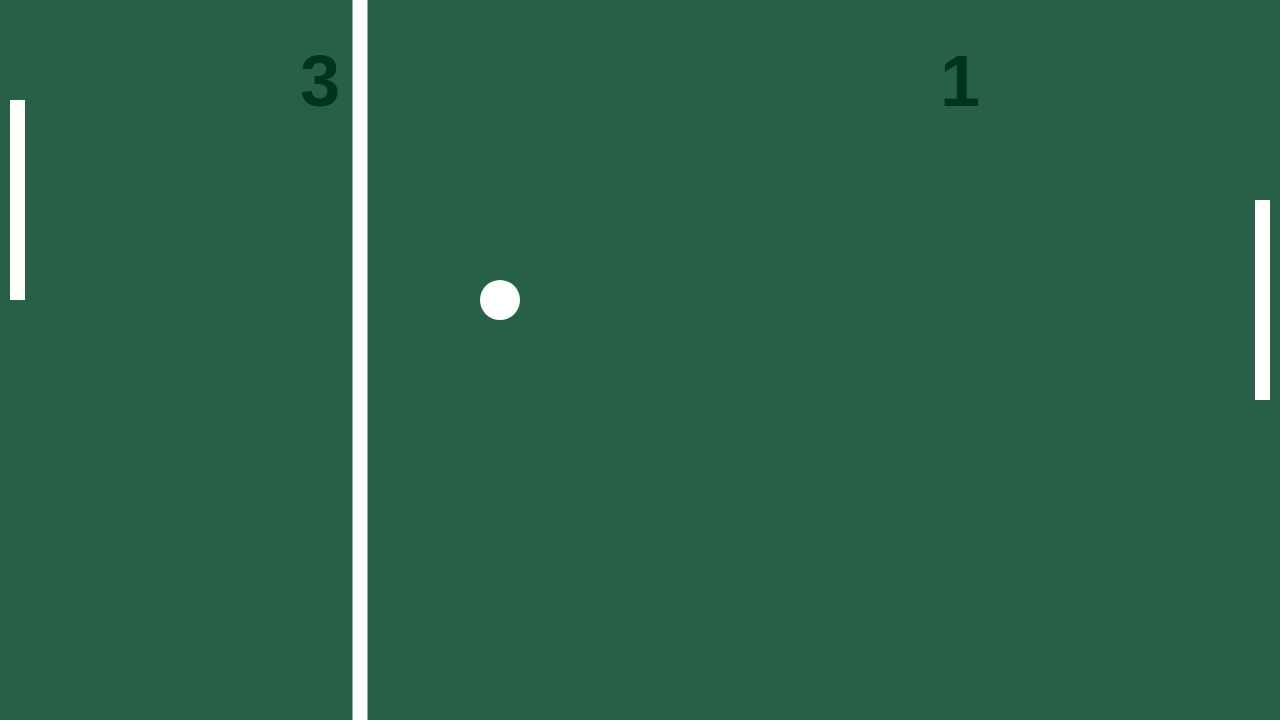
Repository: carlosrobertofigueiredo/Projeto-Ping-Pong
Page: index.html
These files come from the project's save history. The page is drawn as it stood at one moment and after the next save; the edit follows.
The browser window is 1280 px wide. The pictures show the whole page.

Above is the page before, as saved 2023-05-01 12:55:51.

After the next save:
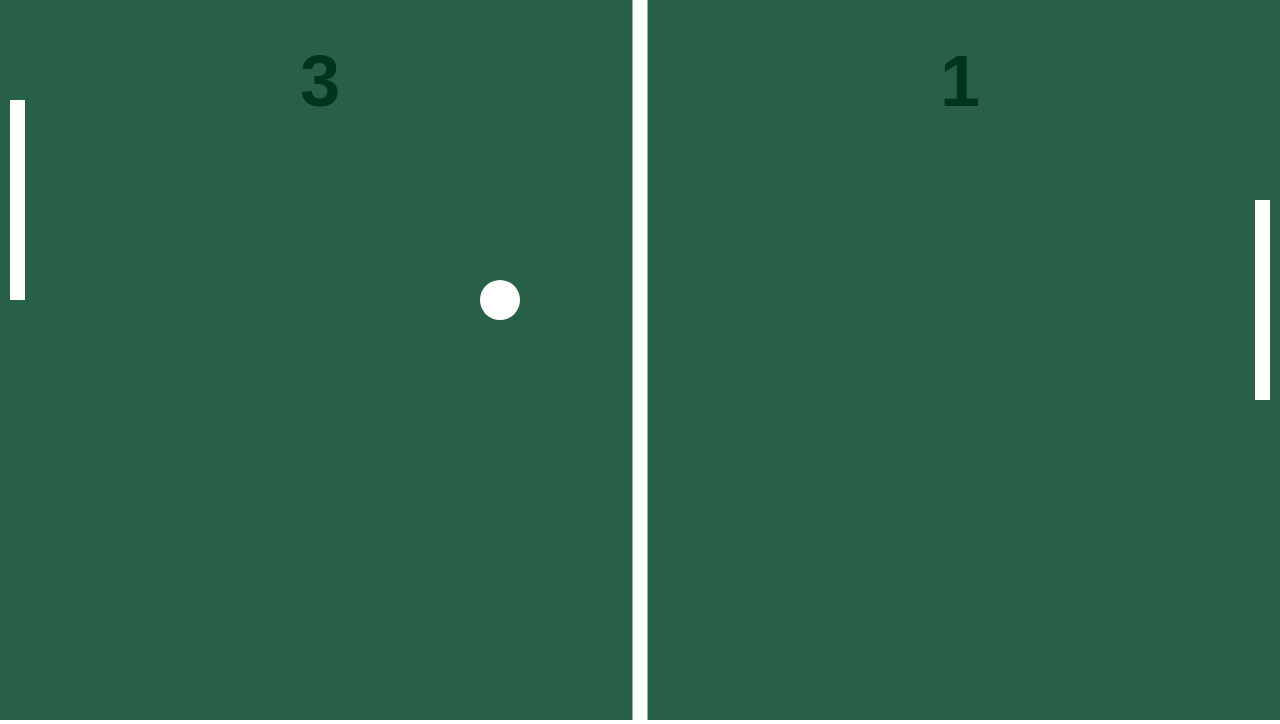
Saved 33 s later.
--- a/index.html
+++ b/index.html
@@ -44,19 +44,19 @@
         canvasCtx.fillStyle = "#ffffff"
 
         // desenha linha central
-        /*canvasCtx.fillRect(
+        canvasCtx.fillRect(
           window.innerWidth / 2 - lineWidth / 2,
           0,
           lineWidth,
           window.innerHeight
-        ) */
+        )
 
-        const x = window.innerHeight / 2 - lineWidth / 2 //largura do campo dividido por dois e a largura divida por dois, caso queira mudar a espessura da linha no futuro fica mais fácil para centralizar a linha
+       /* const x = window.innerHeight / 2 - lineWidth / 2 //largura do campo dividido por dois e a largura divida por dois, caso queira mudar a espessura da linha no futuro fica mais fácil para centralizar a linha
         const y = 0 // onde começa a linha
         const w = lineWidth  //largura é a própria linha
         const h = window.innerHeight
 
-        canvasCtx.fillRect(x,y,w,h)
+        canvasCtx.fillRect(x,y,w,h) */
 
         // desenha a raquete esquerda
         canvasCtx.fillRect(10, 100, lineWidth, 200)
